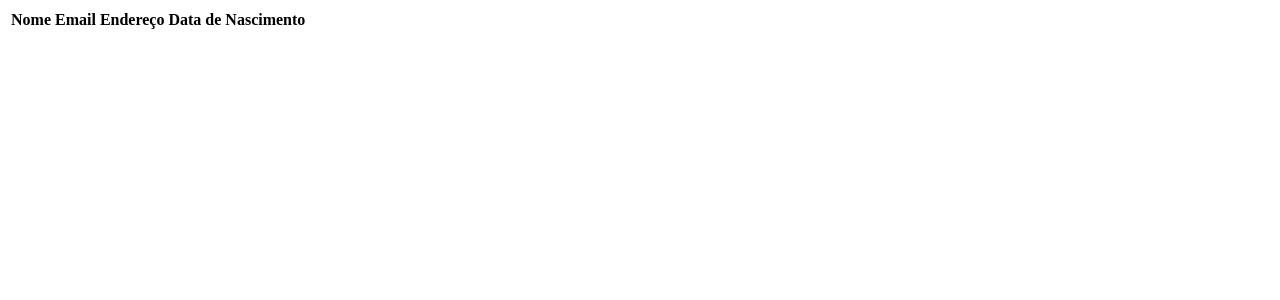
Repository: nacano10/fj-21
Page: http://localhost/fj21-agenda/lista-contatos.jsp
These files come from the project's save history. The page is drawn as it stood at one moment and after the next save; the edit follows.
The browser window is 1280 px wide. The pictures show the whole page.
The page is served by Tomcat 9. Other server files are loaded and not shown. Queries for data that is not in the repository find no rows.

Above is the page before, as saved 2020-07-21 21:56:30.

### fj21-agenda/WebContent/lista-contatos.jsp
<%@ page language="java" contentType="text/html; charset=UTF-8"
    pageEncoding="UTF-8"%>

<%@ taglib uri="http://java.sun.com/jsp/jstl/core" prefix="c" %>

<!DOCTYPE html>
<html>
<head>
<meta charset="UTF-8">
<title>Insert title here</title>
</head>
<body>
<!--  cria o DAO -->
<jsp:useBean id="dao" class="br.com.caelum.agenda.dao.ContatoDao"/>

<table>
	<tr>
		<th>Nome</th>
		<th>Email</th>
		<th>Endereço</th>
		<th>Data de Nascimento</th>
		</tr>
	<!--  percorre contatos montando as linhas da tabela -->
	<c:forEach var="contato" items="${dao.lista}">
		<tr>
			<td>${contato.nome}</td>
			<td>${contato.email}</td>
			<td>${contato.endereco}</td>
			<td>${contato.dataNascimento.time}</td>
		</tr>
	</c:forEach>
</table>
</body>
</html>

### fj21-agenda/src/br/com/caelum/agenda/ConnectionFactory.java
package br.com.caelum.agenda;

import java.sql.Connection;
import java.sql.DriverManager;
import java.sql.SQLException;

public class ConnectionFactory {

	public Connection getConnection() {
		try {
			DriverManager.registerDriver(new com.mysql.cj.jdbc.Driver());
			return DriverManager.getConnection("jdbc:mysql://localhost/fj21?useTimezone=true&serverTimezone=UTC", "root", "123456");
		} catch (SQLException e) {
			throw new RuntimeException(e);
		}
	}

}

### fj21-agenda/src/br/com/caelum/agenda/dao/ContatoDao.java
package br.com.caelum.agenda.dao;

import java.sql.Connection;
import java.sql.Date;
import java.sql.PreparedStatement;
import java.sql.ResultSet;
import java.sql.SQLException;
import java.util.ArrayList;
import java.util.Calendar;
import java.util.List;

import br.com.caelum.agenda.ConnectionFactory;
import br.com.caelum.agenda.modelo.Contato;

public class ContatoDao {

	// a conexão com o banco de dados
	private Connection connection;

	public ContatoDao() {
		this.connection = new ConnectionFactory().getConnection();
	}

	public void adiciona(Contato contato) {
		String sql = "insert into contatos" + "(nome,email,endereco,dataNascimento)" + "values (?,?,?,?)";

		try {
			// prepared statement para inserção
			PreparedStatement stmt = connection.prepareStatement(sql);

			// seta os valores
			stmt.setString(1, contato.getNome());
			stmt.setString(2, contato.getEmail());
			stmt.setString(3, contato.getEndereco());
			stmt.setDate(4, new Date(contato.getDataNascimento().getTimeInMillis()));

			// executa
			stmt.execute();
			stmt.close();
		} catch (SQLException e) {
			throw new RuntimeException(e);
		}
	}

	public List<Contato> getLista() {
		try {
			List<Contato> contatos = new ArrayList<Contato>();
			PreparedStatement stmt = this.connection.prepareStatement("select * from contatos");
			ResultSet rs = stmt.executeQuery();

			while (rs.next()) {
				// criando o objeto Contato
				Contato contato = new Contato();
				contato.setId(rs.getLong("id"));
				contato.setNome(rs.getString("nome"));
				contato.setEmail(rs.getString("email"));
				contato.setEndereco(rs.getString("endereco"));

				// montando a data através do Calendar
				Calendar data = Calendar.getInstance();
				data.setTime(rs.getDate("dataNascimento"));
				contato.setDataNascimento(data);

				// adicionando o objeto à lista
				contatos.add(contato);
			}
			rs.close();
			stmt.close();
			return contatos;
		} catch (SQLException e) {
			throw new RuntimeException(e);
		}
	}

	public void altera(Contato contato) {
		String sql = "update contatos set nome=?, email=?, endereco=?, dataNascimento=? where id=?";

		try {
			PreparedStatement stmt = connection.prepareStatement(sql);
			stmt.setString(1, contato.getNome());
			stmt.setString(2, contato.getEmail());
			stmt.setString(3, contato.getEndereco());
			stmt.setDate(4, new Date(contato.getDataNascimento().getTimeInMillis()));
			stmt.setLong(5, contato.getId());
			stmt.execute();
			stmt.close();
		} catch (SQLException e) {
			throw new RuntimeException(e);
		}

	}

	public void remove(Contato contato) {
		try {
			PreparedStatement stmt = connection.prepareStatement("delete from contatos where id=?");
			stmt.setLong(1, contato.getId());
			stmt.execute();
			stmt.close();
		} catch (SQLException e) {
			throw new RuntimeException(e);
		}
	}

}

### fj21-agenda/src/br/com/caelum/agenda/modelo/Contato.java
package br.com.caelum.agenda.modelo;

import java.util.Calendar;

public class Contato {
	private Long id;
	private String nome;
	private String email;
	private String endereco;
	private Calendar dataNascimento;
	public Long getId() {
		return id;
	}
	public void setId(Long id) {
		this.id = id;
	}
	public String getNome() {
		return nome;
	}
	public void setNome(String nome) {
		this.nome = nome;
	}
	public String getEmail() {
		return email;
	}
	public void setEmail(String email) {
		this.email = email;
	}
	public String getEndereco() {
		return endereco;
	}
	public void setEndereco(String endereco) {
		this.endereco = endereco;
	}
	public Calendar getDataNascimento() {
		return dataNascimento;
	}
	public void setDataNascimento(Calendar dataNascimento) {
		this.dataNascimento = dataNascimento;
	}



}

After the next save:
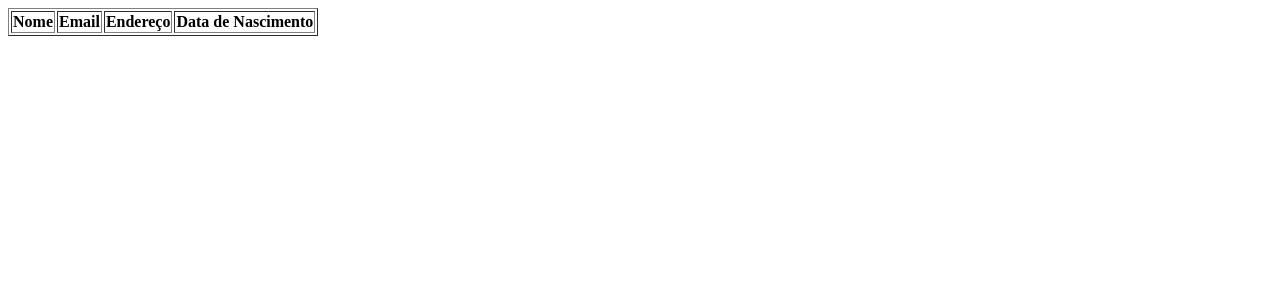
Saved 3 min 37 s later.
--- a/fj21-agenda/WebContent/lista-contatos.jsp
+++ b/fj21-agenda/WebContent/lista-contatos.jsp
@@ -13,17 +13,17 @@
 <!--  cria o DAO -->
 <jsp:useBean id="dao" class="br.com.caelum.agenda.dao.ContatoDao"/>
 
-<table>
+<table border="1">
 	<tr>
 		<th>Nome</th>
 		<th>Email</th>
 		<th>Endereço</th>
 		<th>Data de Nascimento</th>
-		</tr>
+	</tr>
 	<!--  percorre contatos montando as linhas da tabela -->
-	<c:forEach var="contato" items="${dao.lista}">
-		<tr>
-			<td>${contato.nome}</td>
+	<c:forEach var="contato" items="${dao.lista}" varStatus="id">
+		<tr bgcolor="#${id.count % 2 == 0 ? 'aaee88' : 'ffffff' }">
+			<td>${id.count}</td><td>{contato.nome}</td>
 			<td>${contato.email}</td>
 			<td>${contato.endereco}</td>
 			<td>${contato.dataNascimento.time}</td>
